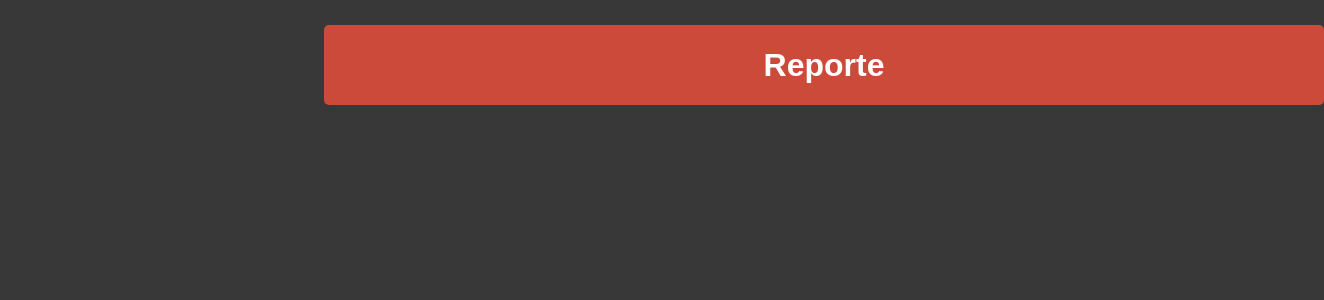
Repository: nathanvdev/LFP_PR_202001568
Page: plantilla.html
The author's editor kept a copy of each file at every save. The page is drawn from the files as they stood at one save, then again after a run of saves.
The browser window is 1280 px wide. The page is 1324 px wide, so the pictures cover 1324 px, including what lies to the right of the window. The pictures show the whole page.

Above is the page before, as saved 2022-02-19 18:46:02.

After the next 2 saves:
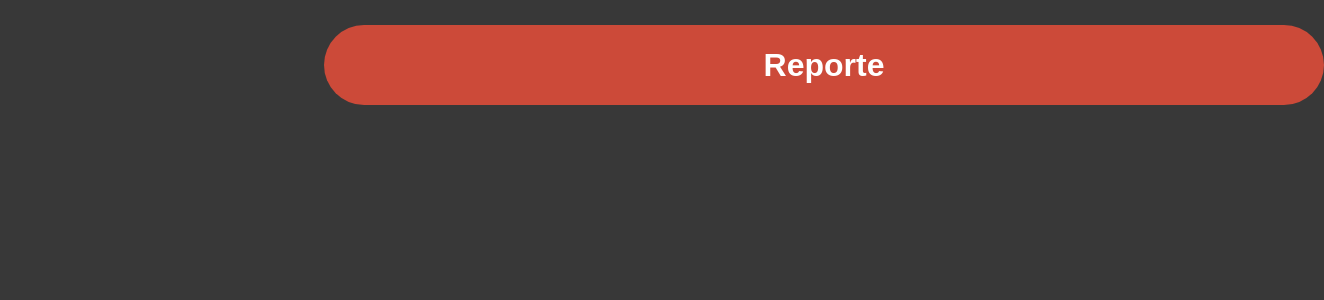
The 2 saves are shown as one change because they came seconds apart.
The last was saved 10 s later.
--- a/plantilla.html
+++ b/plantilla.html
@@ -17,7 +17,7 @@
         width: 1000px;
         margin: 2%;
         margin-left: 25%;
-        border-radius: 5px;
+        border-radius: 45px;
 
 
         display: flex;
